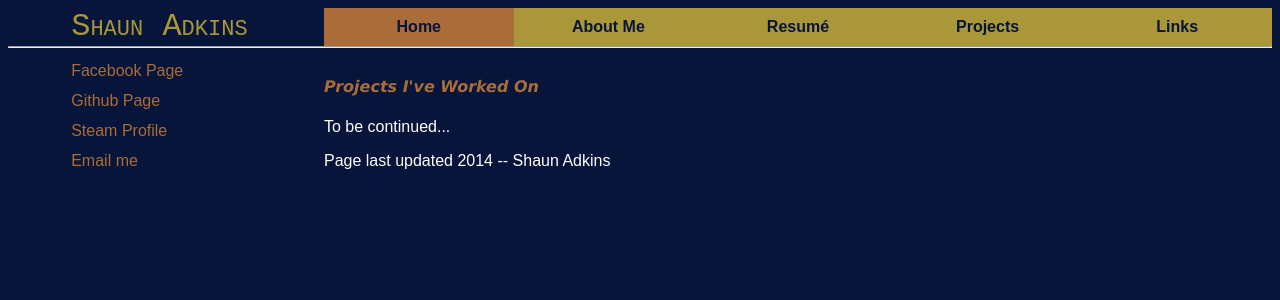
Repository: adkinsrs/sadkins_site
Page: html/projects.html
The author's editor kept a record of every edit. The page is drawn from the files as they stood at one moment, then again after the next edit.
The browser window is 1280 px wide. The pictures show the whole page.

Above is the page before.

### html/projects.html
<!DOCTYPE html>

<!--
Resume Page
-->
<html lang="en">
    <head>
        <meta charset="utf-8" />
        <meta name="viewport" content="width=device-width">
        <title>Resume</title>
        <link rel="stylesheet" href="../css/main.css" type="text/css"/>
    </head>

    <body>
        <nav>
            <a class="site_name" href="/">Shaun Adkins</a>
            <ul>
                <li class="navmenu"><a class="current" href="./home.html">Home</a></li>
                <li class="navmenu"><a class="otherpage" href="./about.html">About Me</a></li>
                <li class="navmenu"><a class="otherpage" href="./resume.html">Resum&#233;</a></li>
                <li class="navmenu"><a class="otherpage" href="./projects.html">Projects</a></li>                <li class="navmenu"><a class="otherpage" href="./links.html">Links</a></li>
            </ul>
        <nav>
        <hr>

        <aside>
            <ul>
                <li><a class="links" href="https://www.facebook.com/adkinsrs">Facebook Page</a></li>
                <li><a class="links" href="https://github.com/adkinsrs">Github Page</a></li>
                <li><a class="links" href="http://steamcommunity.com/id/MeNoSeeGood">Steam Profile</a></li>
                <li><a class="links" href="mailto:shaun.adkins@gmail.com?Subject=SAdkins%20Website">Email me</a></li>
            </ul>
        </aside>

        <section>
            <h1>Projects I've Worked On</h1>

            <div id="text_container">
                <p>To be continued...</p>
            </div>

            <div id="footer">
                <p>Page last updated 2014 -- Shaun Adkins</>
            </div>
        </div>
    </body>
</html>

### css/main.css
body {
    background-color: #061539;
    color: #FFFFFF;
    font-family: Arial, Helvetica, sans-serif;
}

/* To support HTML5 elements in Internet Explorer 8 */
header, section, footer, aside, nav, main, article, figure {
    display: block;
}

h1, h3 {
    font-family:"Lucida Sans Unicode", "Lucida Grande", sans-serif;
    color: #AA6C39;
    font-style: italic;
}

nav {
    text-align: left;
}

ul {
    list-style-type: none;
    margin:0;
    padding: 0;
}

ol {
    padding-left: 20px;
}

img {
    width: 33%;
}

footer {
    width: 50%;
    margin-left: 25%;
    clear: both;
    text-align: left;
}

.navmenu {
    text-align: center;
	font-family: Arial, Helvetica, sans-serif;
    font-weight: bold;
}

/* <a> menu links */
.current, .otherpage {
    display: block;
    text-decoration: none;
    color: #061539;
}

.current, .current:visited {
    background-color: #AA6C39;
}

.otherpage, .otherpage:visited {
    background-color: #AA9739;
}

.current:hover,.otherpage:hover, .links:hover {
    color: #FFFFFF;
}

.links {
    text-decoration: none;
    color: #AA6C39;
}

.site_name {
    text-decoration: none;
    color: #AA9739;
    font-size: 2em;
    font-family: "Courier New", Courier, monospace;
    font-variant: small-caps;
}

.normal_list {
    list-style-type: disc;
    padding-left:10px;
}

/* tablet size screens */
@media screen and (max-width: 720px){
    .navmenu {
        width: 100%;
    }

    .site_name {
        display: block;
        width: 100%;
        text-align: center;
        clear: both;
        line-height: 30px;
    }

    aside {
        width: 100%;
        text-align: center;
        margin: auto;
        float: none;
    }

    section {
        margin-left: 16%;
        margin-right: 16%;
        width: 68%;
        text-align: justify;
    }

    footer {
        font-size: 0.5em;
    }

    h1 {
        text-align: center;
    }

    img {
        width: 66%;
        margin-left: auto;
        margin-right: auto;
        padding: 20px;
        display: block;
    }

}


/* large size screens */
@media screen and (min-width: 721px){

    aside {
        float: left;
        text-align: left;
        line-height: 30px;
        width: 20%;
        margin-left: 5%;
    }

    section {
        width: 50%;
        float: left;
        text-align: left;
    }

    footer {
        font-size: 0.75em;
    }

    .navmenu {
        float: left;
        width: 15%;
        clear: right;
    }

    /* <a> menu links */
    .current, .otherpage {
        padding: 10px;
    }

    .site_name {
        width: 20%;
        margin-left: 5%;
        float: left;
    }

    .img_left {
        float: left;
    }

    .img_right {
        float: right;
    }
}

After the next edit:
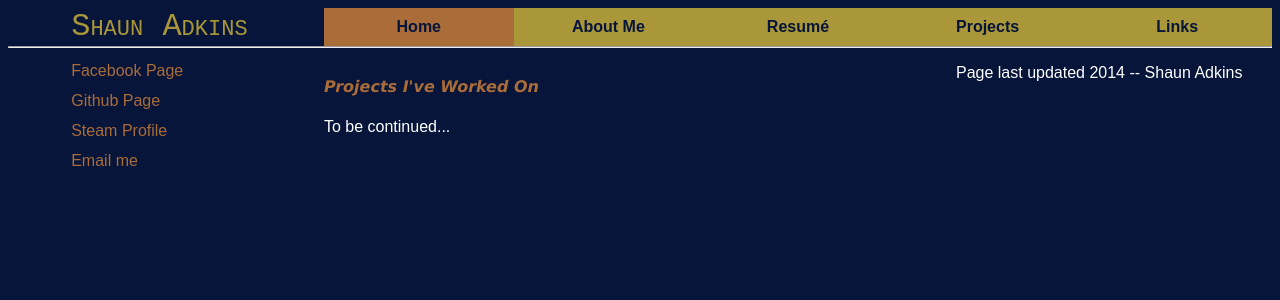
The edit:
--- a/html/projects.html
+++ b/html/projects.html
@@ -38,6 +38,7 @@
             <div id="text_container">
                 <p>To be continued...</p>
             </div>
+        </section>
 
             <div id="footer">
                 <p>Page last updated 2014 -- Shaun Adkins</>
